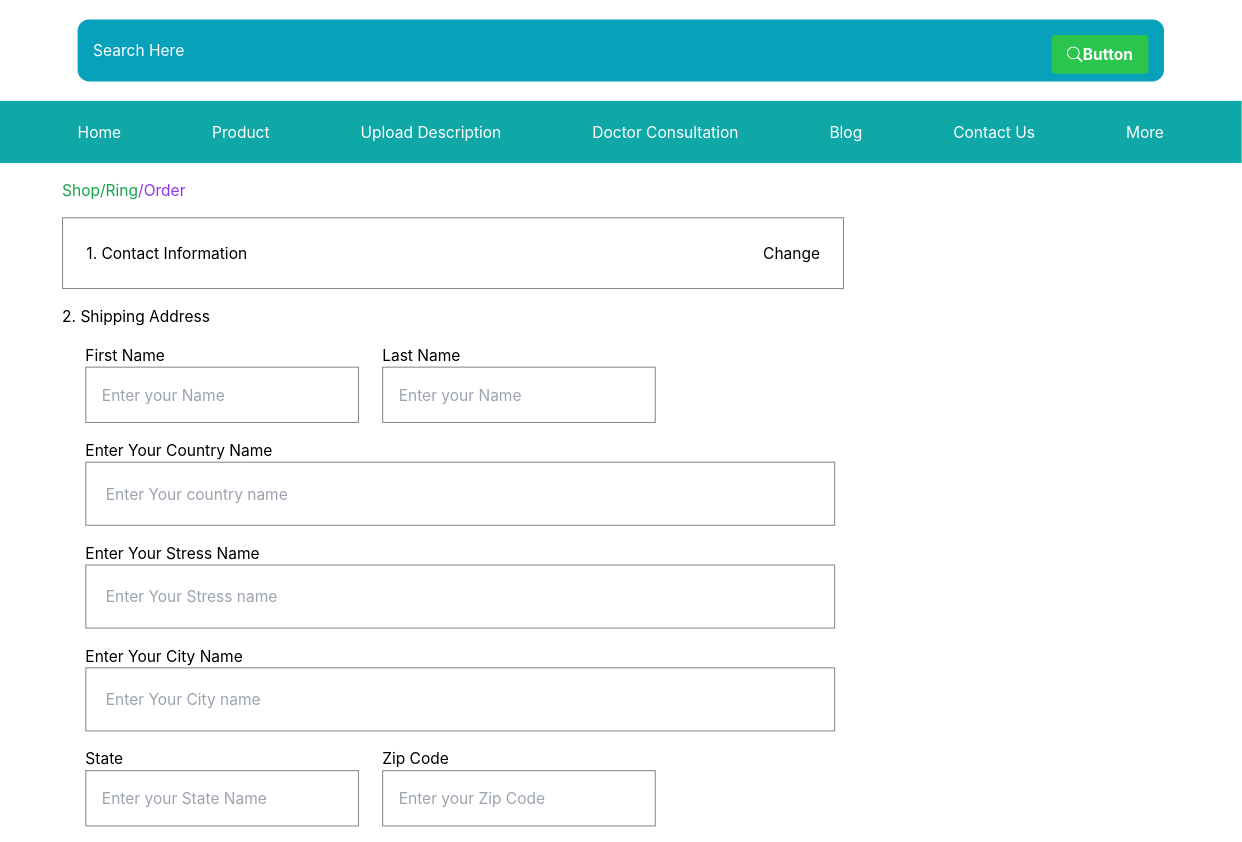
Repository: arafatmollah/form-pharma
Page: /
An editor plug-in stored every save of this project. The page is shown before and after the next save, followed by the edit.
The browser window is 1280 px wide. The pictures show the whole page, at 97% of full size.
The project was rebuilt for these pictures with package versions that can differ from the ones it lists, and the page was loaded fresh each time.

Above is the page before, as saved 2023-03-14 23:58:22.

After the next save:
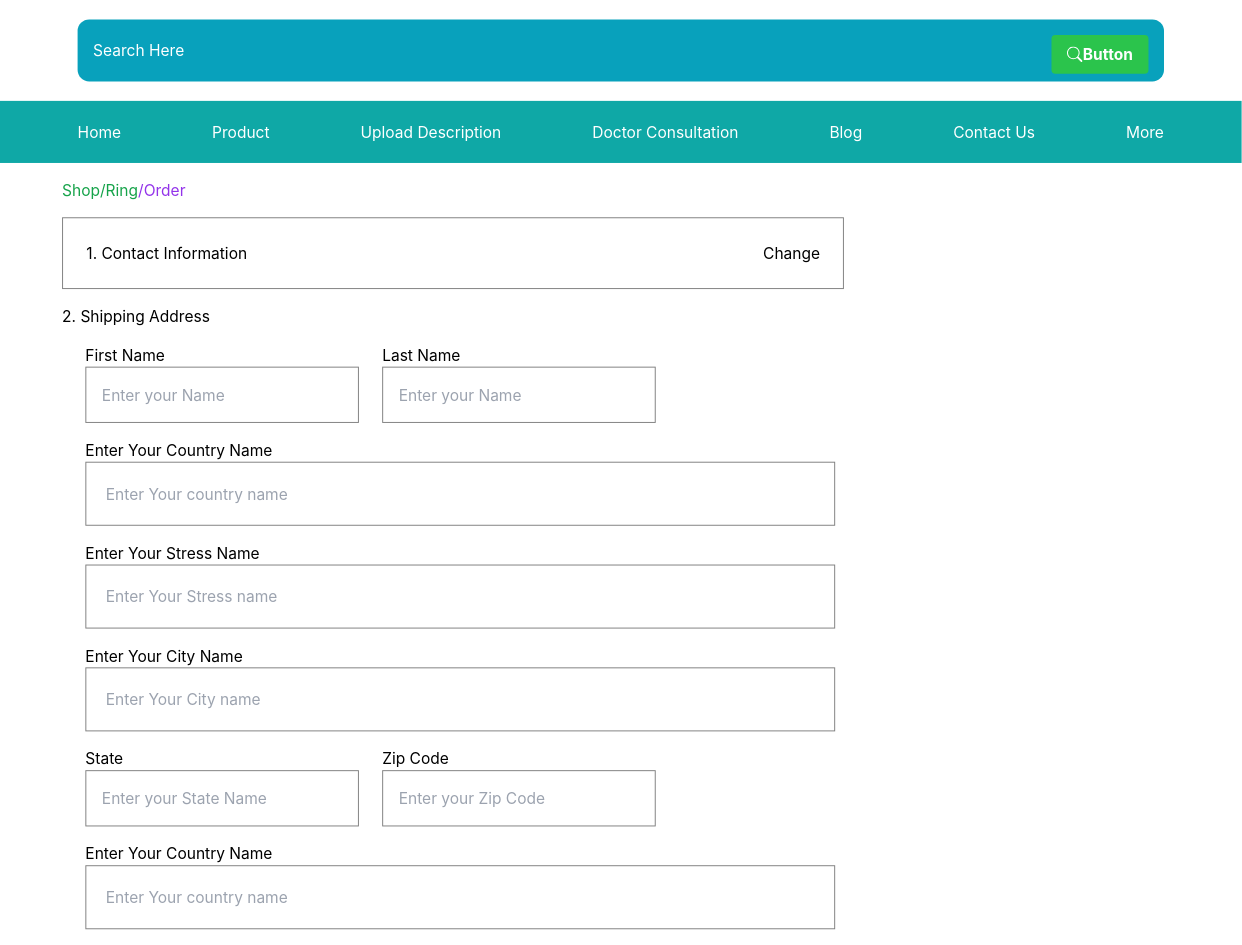
Saved 89 s later.
--- a/src/Form.js
+++ b/src/Form.js
@@ -49,6 +49,10 @@ function form() {
                 <input className='input p-4' type='number' placeholder="Enter your Zip Code"></input>
                 </div>
                </div>
+               <div className='my-4 mx-6'>
+                <label>Enter Your Country Name</label><br></br>
+                <input className='an input p-5' type='text' placeholder='Enter Your country name'></input>
+               </div>
               </form>
             </div>
             </div>
